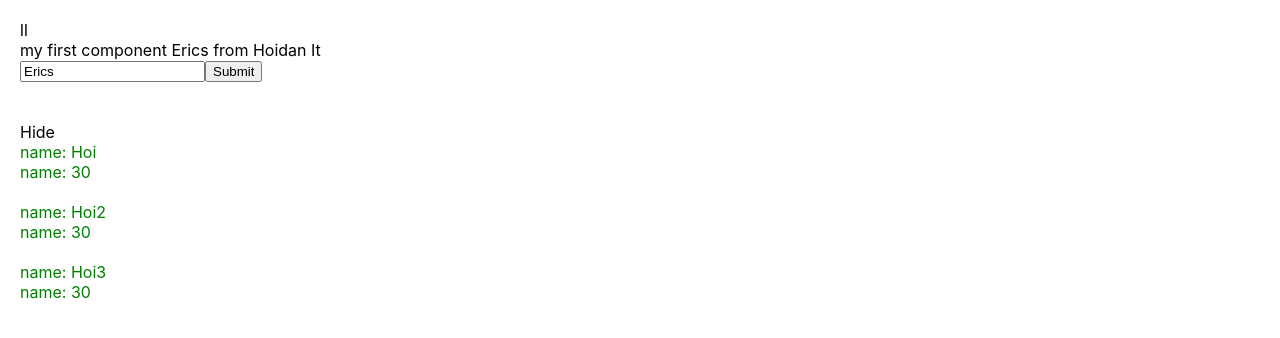
Repository: tvvn12/React-demo
Page: /admins
The author's editor kept a copy of each file at every save. The page is drawn from the files as they stood at one save, then again after the next save.
The browser window is 1280 px wide. The pictures show the whole page.
The project was rebuilt for these pictures with package versions that can differ from the ones it lists, and the page was loaded fresh each time.

Above is the page before, as saved 2024-03-05 14:41:00.

### src/index.js
import React from "react";
import ReactDOM from "react-dom/client";
import App from "./App";
import reportWebVitals from "./reportWebVitals";
import { Provider } from "react-redux";
import store from "./redux/store";

const root = ReactDOM.createRoot(document.getElementById("root"));
root.render(
  <Provider store={store}>
    <App />
  </Provider>
);

// If you want to start measuring performance in your app, pass a function
// to log results (for example: reportWebVitals(console.log))
// or send to an analytics endpoint. Learn more: https://bit.ly/CRA-vitals
reportWebVitals();

### src/App.js
import React from "react";
import MyComponent from "./components/MyComponent";
import "./App.css";
class App extends React.Component {
  render() {
    return (
      <div className="App">
        ll
        <MyComponent></MyComponent>
      </div>
    );
  }
}
// const App = () => {
//   //   return (
//   //     <div className="App">
//   //       ll
//   //       <MyComponent></MyComponent>
//   //     </div>
//   //   );
//   // };
// };
// const App = () => {
//   return (
//     <div className="App">
//       ll
//       <MyComponent></MyComponent>
//     </div>
//   );
// };

export default App;

### src/components/MyComponent.js
import React from "react";
import UserInfo from "./UserInfor";
import DisplayInfo from "./DisplayInfo";

class MyComponent extends React.Component {
  state = {
    listUsers: [
      {
        id: 1,
        name: "Hoi",
        age: "30",
      },
      {
        id: 2,
        name: "Hoi2",
        age: "30",
      },
      {
        id: 3,
        name: "Hoi3",
        age: "30",
      },
    ],
  };
  render() {
    return (
      <div>
        <UserInfo />
        <br />
        <br />

        <DisplayInfo users={this.state.listUsers}></DisplayInfo>
      </div>
    );
  }
}

export default MyComponent;

### src/App.css
body {
  padding: 20px;
  margin: 0;
  font-family: -apple-system, BlinkMacSystemFont, "Segoe UI", "Roboto", "Oxygen",
    "Ubuntu", "Cantarell", "Fira Sans", "Droid Sans", "Helvetica Neue",
    sans-serif;
  -webkit-font-smoothing: antialiased;
  -moz-osx-font-smoothing: grayscale;
}

code {
  font-family: source-code-pro, Menlo, Monaco, Consolas, "Courier New",
    monospace;
}

/*  */
.red {
  color: red;
}
.green {
  color: green;
}
.App-logo {
  height: 40vmin;
  pointer-events: none;
}

@media (prefers-reduced-motion: no-preference) {
  .App-logo {
    animation: App-logo-spin infinite 20s linear;
  }
}

.App-header {
  background-color: #282c34;
  min-height: 100vh;
  display: flex;
  flex-direction: column;
  align-items: center;
  justify-content: center;
  font-size: calc(10px + 2vmin);
  color: white;
}

.App-link {
  color: #61dafb;
}

@keyframes App-logo-spin {
  from {
    transform: rotate(0deg);
  }
  to {
    transform: rotate(360deg);
  }
}

### src/components/UserInfor.js
import React from "react";

class UserInfo extends React.Component {
  state = {
    name: "Erics",
    address: "Hoidan It",
    age: 26,
  };
  // handleClick(event) {
  //   console.log(event);
  // }
  // handleMouse(event) {
  //   console.log(event.pageX);
  // }
  handleOnchange(event) {
    console.log(event, event.target.value);
    this.setState({
      name: event.target.value,
    });
  }
  handleOnSubmit(e) {
    e.preventDefault();
    // console.log(e);
    console.log(this.state);
  }
  render() {
    return (
      <div className="">
        my first component {this.state.name} from {this.state.address}
        {/* <button onMouseOver={this.handleMouse} onClick={this.handleClick}>
          Click me
        </button> */}
        <form action="" onSubmit={(e) => this.handleOnSubmit(e)}>
          <input
            value={this.state.name}
            onChange={(event) => this.handleOnchange(event)}
            type="text"
            name=""
            id=""
          />
          <button>Submit</button>
        </form>
      </div>
    );
  }
}
export default UserInfo;

### src/components/DisplayInfo.js
import React from "react";

class DisplayInfo extends React.Component {
  state = {};
  handleClick = () => {
    alert("me");
  };
  render() {
    const { users } = this.props;

    console.log(this.props);
    return (
      <div className="">
        <div className="">
          <span
            onClick={() => {
              this.handleClick();
            }}
          >
            Hide
          </span>
        </div>
        {true && (
          <div>
            {users.map((item, index) => {
              return (
                <div key={item.id} className={+item.age > 30 ? "red" : "green"}>
                  <div className="">name: {item.name}</div>
                  <div className="">name: {item.age}</div>
                  <br />
                </div>
              );
            })}
          </div>
        )}
      </div>
    );
  }
}

export default DisplayInfo;

Loaded but not shown: public/index.html (common file); src/reportWebVitals.js (common file); src/redux/store.js (common file); src/redux/reducer/rootReducer.js (common file); src/redux/reducer/counterReducer.js (common file); src/redux/action/counterAction.js (common file)

After the next save:
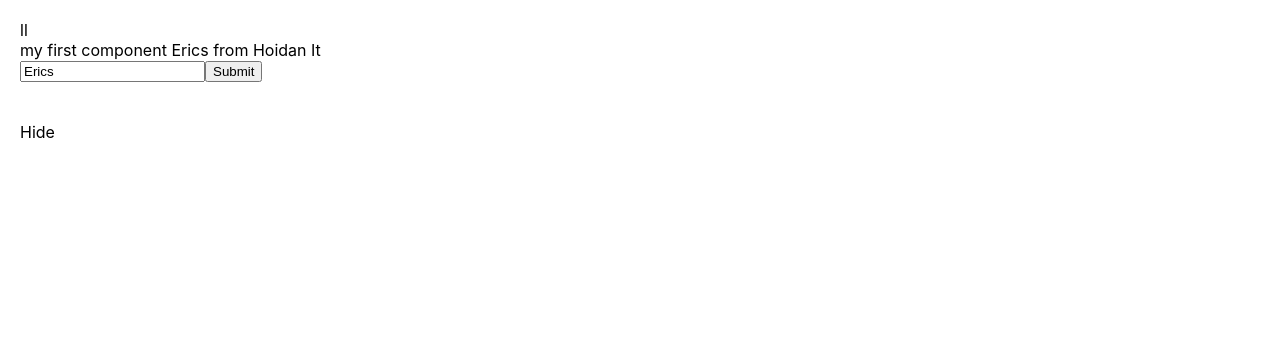
Saved 8 s later.
--- a/src/components/DisplayInfo.js
+++ b/src/components/DisplayInfo.js
@@ -20,7 +20,7 @@
             Hide
           </span>
         </div>
-        {true && (
+        {false && (
           <div>
             {users.map((item, index) => {
               return (

After the 2 saves that followed:
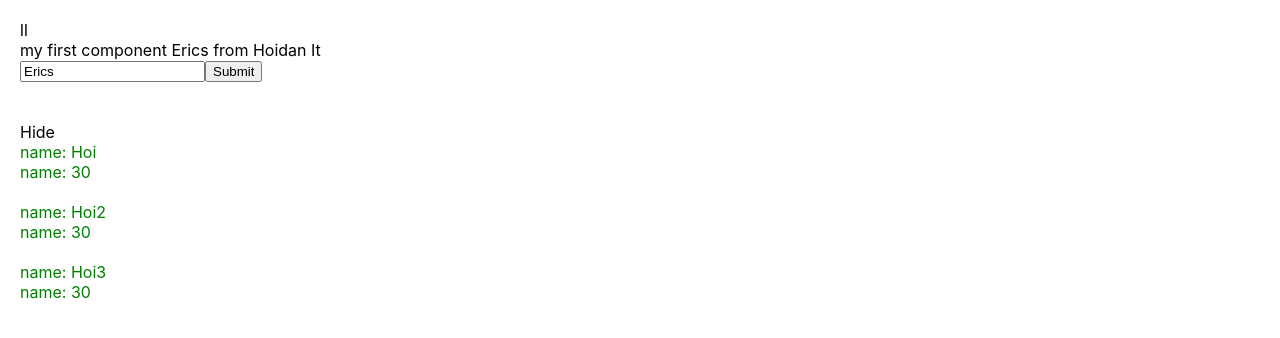
The 2 saves are shown as one change because 1 left the picture as it was.
The last was saved 40 s later.
--- a/src/components/DisplayInfo.js
+++ b/src/components/DisplayInfo.js
@@ -1,7 +1,9 @@
 import React from "react";
 
 class DisplayInfo extends React.Component {
-  state = {};
+  state = {
+    isShow: true,
+  };
   handleClick = () => {
     alert("me");
   };
@@ -20,7 +22,7 @@
             Hide
           </span>
         </div>
-        {false && (
+        {this.state.isShow && (
           <div>
             {users.map((item, index) => {
               return (
